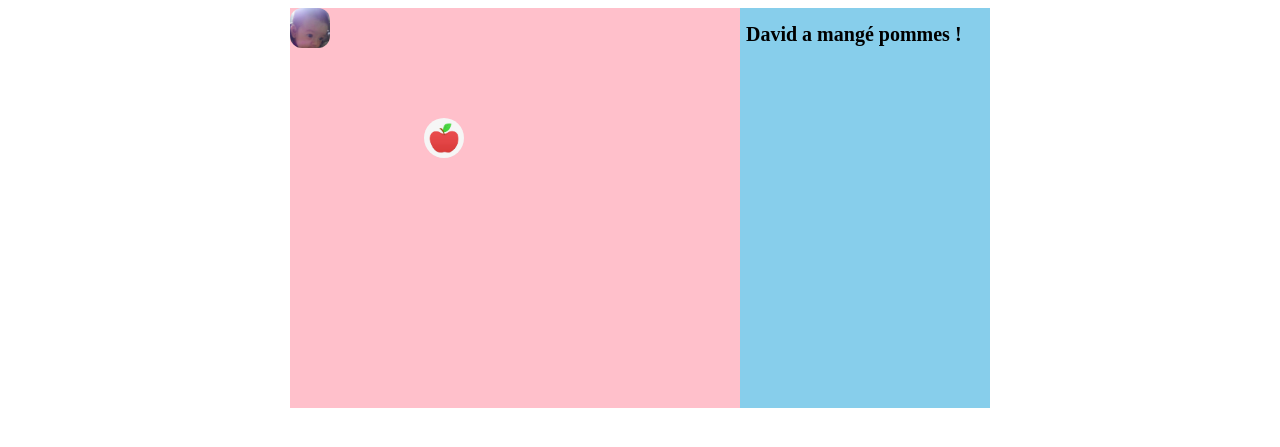
Repository: clairedupuich/kong_jian
Page: snake_game/snake.html
These files come from the project's save history. The page is drawn as it stood at one moment and after the next save; the edit follows.
The browser window is 1280 px wide. The pictures show the whole page.

Above is the page before, as saved 2020-12-18 15:09:15.

### snake_game/snake.html
<!DOCTYPE html>
<html lang="en">
<head>
    <meta charset="UTF-8">
    <meta name="viewport" content="width=device-width, initial-scale=1.0">
    <title>snake</title>
    <link rel='stylesheet' href='snake.css' />
</head>
<body>

    <div class="face">
        <!-- 小蛇移动的操场 -->
        <div id="playground">
            <!-- 食物 界面中的蓝色小方块-->
            <div id="food"></div>
            <!-- 小蛇 界面中的红色小方块-->
            <div id="snack"></div>
        </div>
        <!-- 计算得分 -->
        <div class="menu">
            <div>David a mangé <span id="score"></span>pommes !</div>
        </div>
    </div>



    <script type='text/javascript' src='snake.js'></script>
</body>
</html>

### snake_game/snake.css
.face{
    height: 400px;
    width: 700px;
    margin-left: auto;
    margin-right: auto;
    position: relative;
    background-color: pink;
}
#playground{
    height: 400px;
    width: 450px;
    float: left;
    position: relative;
}
.menu{
    padding: 6px;
    height: 388px;
    width: 238px;
    float: left;
    background-color: skyblue;
}
#snack{
    height: 40px;
    width: 40px;
   /*  background-color: red; */
    background-image: url(img/game_snake.png);
    background-position: center;
    background-size: cover;
    border-radius: 30%;
    position: absolute;
    left: 0px;
    top:0px;
}
#food{
    height: 40px;
    width: 40px;
   /*  background: blue; */
   background-image: url(img/téléchargement.jpeg);
   border-radius: 50%;
    background-position: center;
    background-size: cover;
    position: absolute;
}
.body{
    height: 20px;
    width: 20px;
    background: green;
    border-radius: .3em;
    position: absolute;
    left: 0px;
    top:0px;
}
#score{
    font-size: 30px;
    font-weight: bold;
    color: red;
}
.menu div{
    font-size: 20px;
    font-weight: bold;
}

作者：IT程序狮
链接：https://juejin.cn/post/6844903459297181703
来源：掘金
著作权归作者所有。商业转载请联系作者获得授权，非商业转载请注明出处。

### snake_game/snake.js
//获取元素节点
var jsDiv = document.getElementById("playground");
var jsSnack = document.getElementById("snack");
var jsStart = document.getElementById("start");
var jsFood = document.getElementById("food");
var jsBody = document.getElementById("playground");
var jsScore = document.getElementById("score");
//设置全局变量
var timer;//创建定时器为全局变量
var timer1 = setInterval(eat,10);//检测位置碰撞，并且吃掉食物；
var srr = [];//记录蛇行动的位置
var num = 0 ;//记录数组的长度
var jsSnackBody ;//么米吃掉一个食物，蛇的身体

    //开始游戏
    document.onkeydown = function(e){
        var evt = e || window.event;
            switch(evt.keyCode) {
            //向左移动
            case 37:
                clearInterval(timer);
                timer=window.setInterval(runLeft,10)
                function runLeft(){
                    if (jsSnack.offsetLeft > 0) {
                        jsSnack.style.left = jsSnack.offsetLeft - 1+ "px";
                        jsSnack.style.top = jsSnack.offsetTop + "px";
                        //记录小蛇的位置
                        srr.push([jsSnack.offsetLeft, jsSnack.offsetTop]);
                        num++;//记录数组的长度
                    }
                }
            break;
            //向上移动
            case 38:
                clearInterval(timer);
                timer=window.setInterval(runTop,10);
                function runTop(){
                    if (jsSnack.offsetTop > 0) {
                        jsSnack.style.top = jsSnack.offsetTop - 1 + "px";
                        jsSnack.style.left = jsSnack.offsetLeft + "px";
                        //记录小蛇的位置
                        srr.push([jsSnack.offsetLeft, jsSnack.offsetTop]);
                        num++;//记录数组的长度
                    }
                }

            break;
            //向右移动
            case 39:
                clearInterval(timer);
                timer=window.setInterval(runRight,10);
                function runRight(){
                    if (jsSnack.offsetLeft + jsSnack.offsetWidth <= 450) {
                        jsSnack.style.left = jsSnack.offsetLeft + 1 + "px";
                        jsSnack.style.top = jsSnack.offsetTop + "px";
                        //记录小蛇的位置
                        srr.push([jsSnack.offsetLeft, jsSnack.offsetTop]);
                        num++;//记录数组的长度
                    }
                }
            break;
            //向下移动
            case 40:
                clearInterval(timer);
                timer=window.setInterval(runBottom,10);
                function runBottom(){
                    if (jsSnack.offsetTop + jsSnack.offsetHeight <= 400) {
                        jsSnack.style.top = jsSnack.offsetTop + 1 + "px";
                        jsSnack.style.left = jsSnack.offsetLeft + "px";
                        //记录小蛇的位置
                        srr.push([jsSnack.offsetLeft, jsSnack.offsetTop]);
                        num++;//记录数组的长度
                    }
                }
            break;
        }
    }

        //食物随机出现
        function Pos(){
            jsFood.style.left=parseInt(Math.random() * (430 - 20 + 1) + 20) + "px";
            jsFood.style.top=parseInt(Math.random() * (380 - 20 + 1) + 20) + "px";
        }
        Pos();

        function eat(){
            rectangleCrashExamine(jsSnack,jsFood);
            function rectangleCrashExamine(obj1, obj2) {
                var obj1Left = obj1.offsetLeft;
                var obj1Width = obj1.offsetLeft + obj1.offsetWidth;
                var obj1Top = obj1.offsetTop;
                var obj1Height = obj1.offsetTop + obj1.offsetHeight;
                var obj2Left = obj2.offsetLeft;
                var obj2Width = obj2.offsetLeft + obj2.offsetWidth;
                var obj2Top = obj2.offsetTop;
                var obj2Height = obj2.offsetTop + obj2.offsetHeight;
                //检测碰撞
                //碰撞检测原理：
                    //蛇在实物的左边、右边、上边、下边的时候，说明没有发生碰撞，那么我们取反，就说明发生碰撞
                if ( !(obj1Left > obj2Width || obj1Width < obj2Left || obj1Top > obj2Height || obj1Height < obj2Top) ) {
                    //碰撞后身体
                    jsSnackBody = document.createElement("div");
                    jsSnackBody.setAttribute("class","body");
                    jsBody.appendChild(jsSnackBody);
                    Pos();//怪物的位置随机变换
                    setInterval(follow,10);//身体跟随的定时器
                }
            }
        }


        function follow(){
            //检查一共添加了多少身体
            var bodyNum = document.getElementsByClassName("body");
            //记录得分
            jsScore.innerHTML = bodyNum.length;
            //蛇每次移动1个像素，那么新的身体应该跟随在当前数组的倒数第20个数组的位置;依次加等;
            var place = 0 ;
            for( var i = 0 ; i<bodyNum.length ; i++){
                place += 20;
                bodyNum[i].style.left=srr[num-place][0] + 'px';
                bodyNum[i].style.top=srr[num-place][1] + 'px';
            }
        }

After the next save:
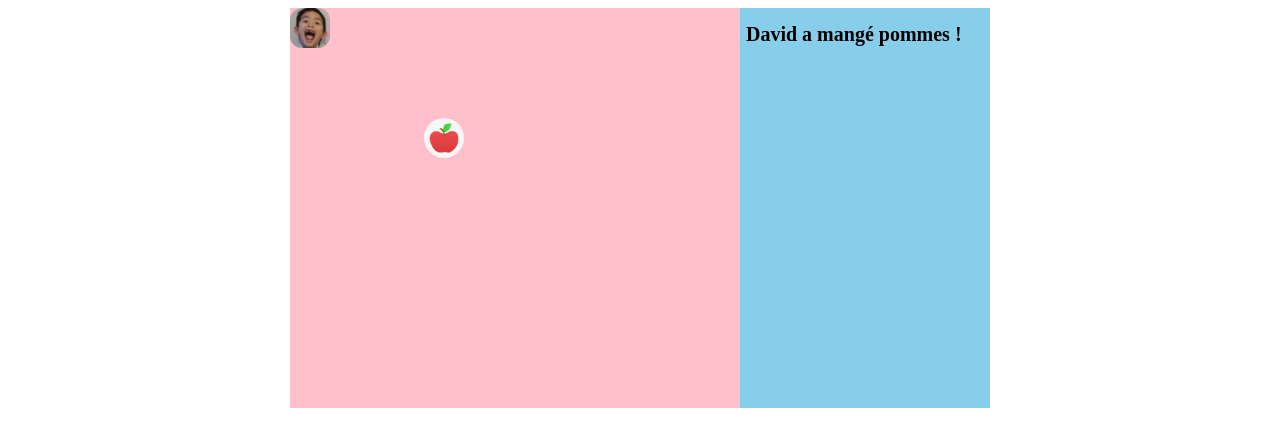
Saved 23 h 30 min later.
--- a/snake_game/snake.css
+++ b/snake_game/snake.css
@@ -23,7 +23,7 @@
     height: 40px;
     width: 40px;
    /*  background-color: red; */
-    background-image: url(img/game_snake.png);
+    background-image: url(img/david.png);
     background-position: center;
     background-size: cover;
     border-radius: 30%;
